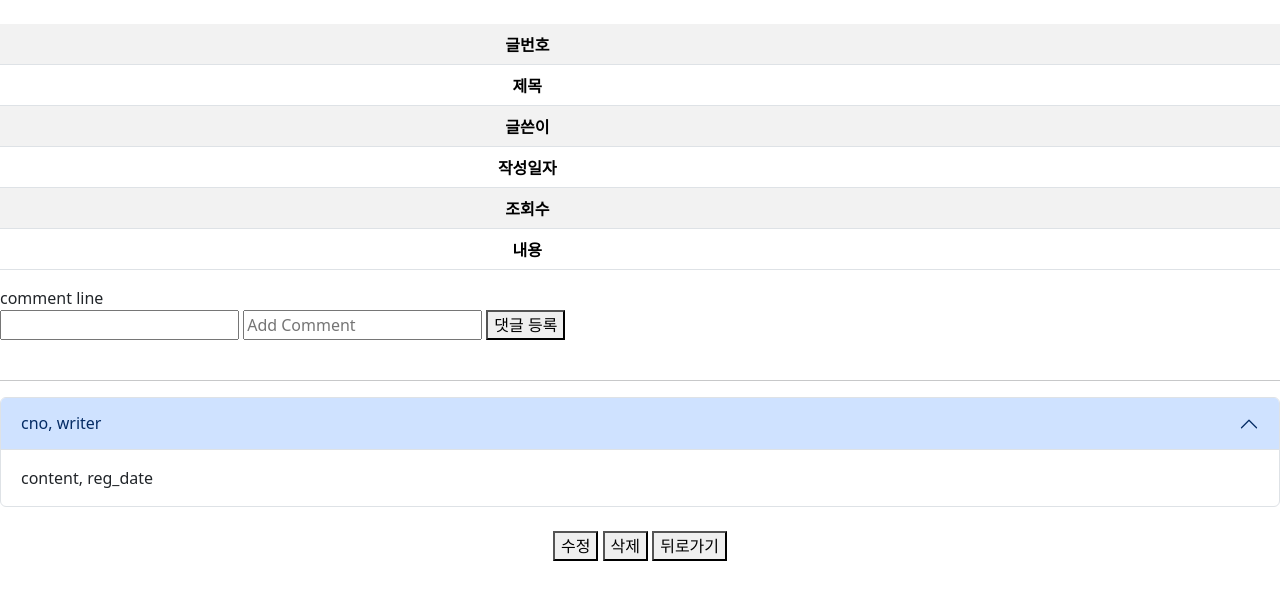
Repository: sujeong1799/JSP
Page: http://localhost/jsp_project/board/detail.jsp
These files come from the project's save history. The page is drawn as it stood at one moment and after the next save; the edit follows.
The browser window is 1280 px wide. The pictures show the whole page.
The page is served by Tomcat 9. The template is opened directly, without the code that normally fills it, so the values that code supplies are empty.

Above is the page before, as saved 2023-05-19 02:21:24.

After the next save:
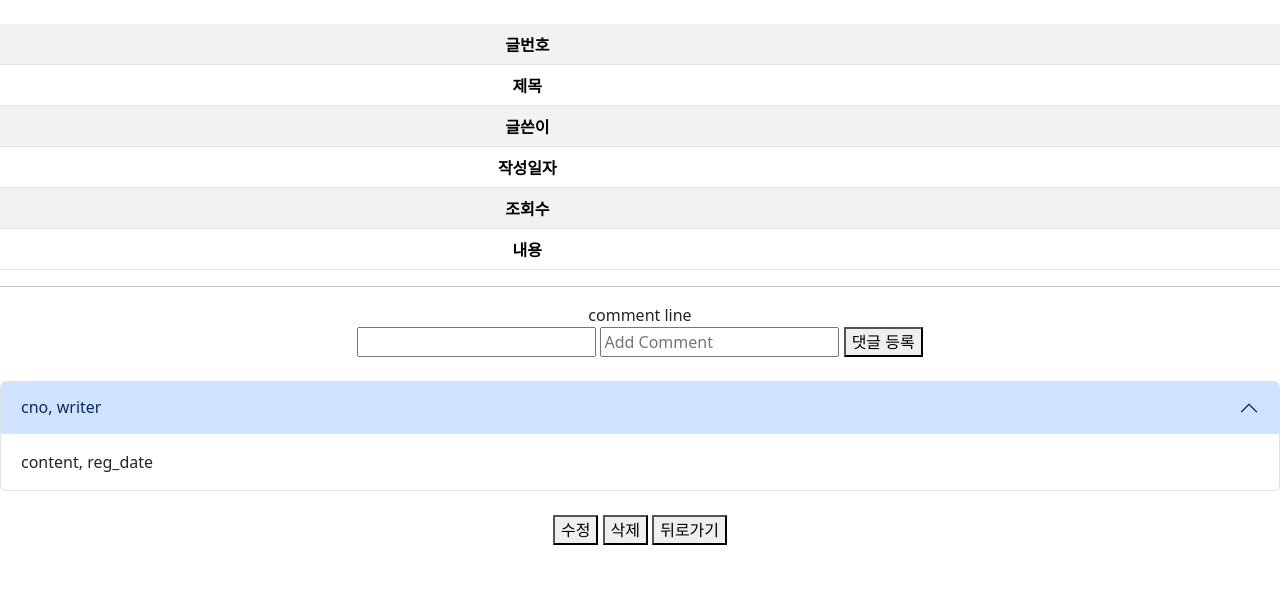
Saved 22 s later.
--- a/jsp_project2/jsp_project/src/main/webapp/board/detail.jsp
+++ b/jsp_project2/jsp_project/src/main/webapp/board/detail.jsp
@@ -45,7 +45,9 @@
 		</tr>
 	</table>
 
-	<div>
+		<hr>
+
+	<div align="center">
 	comment line<br>
 	<!-- 댓글 작성 라인 -->
 	<!-- id로 받는 이유는? 무라고요??? name으로 받는거는 컨트롤러로 바로 가려고  -->
@@ -55,7 +57,7 @@
 	<button type="button" id="cmtAddbtn">댓글 등록</button>
 	</div>
 	<br>
-	<hr>
+
 	<!-- 댓글 표시 라인 -->
 		<div class="accordion" id="accordionExample">
 			<div class="accordion-item">
